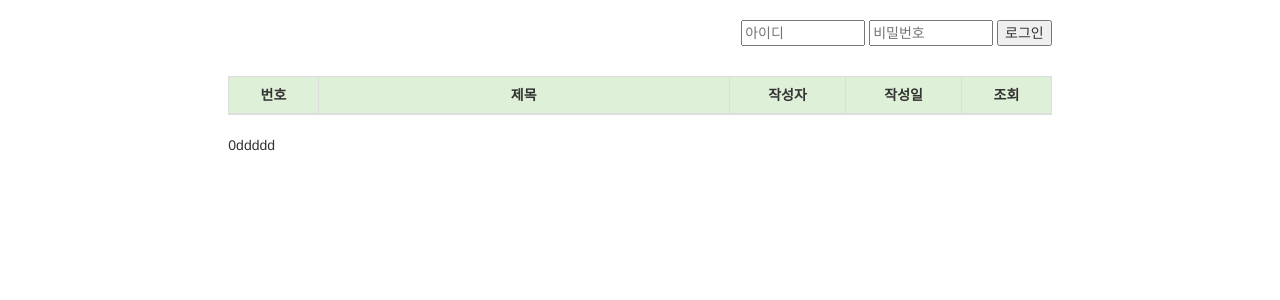
Repository: JinYongHyeon/kosta
Page: http://localhost/webstudy40-board-step4-update/
The author's editor kept a copy of each file at every save. The page is drawn from the files as they stood at one save, then again after the next save.
The browser window is 1280 px wide. The pictures show the whole page.
The page is served by Tomcat 9. Other server files are loaded and not shown. Queries for data that is not in the repository find no rows.

Above is the page before, as saved 2020-09-30 08:15:41.

### web-workspace2/webstudy40-board-step4-update/WebContent/index.jsp
<%@ page language="java" contentType="text/html; charset=UTF-8"
    pageEncoding="UTF-8"%>
    <%@ taglib prefix="c" uri="http://java.sun.com/jsp/jstl/core"%>
 <jsp:forward page="front">
 	<jsp:param name="command" value="List" />
 </jsp:forward>

### web-workspace2/webstudy40-board-step4-update/WebContent/template/layout.jsp
<%@ page language="java" contentType="text/html; charset=UTF-8"
    pageEncoding="UTF-8"%>
<%@ taglib prefix="c" uri="http://java.sun.com/jsp/jstl/core" %>
<!DOCTYPE html>
<html lang="en">
<head>
  <title>board</title>
  <meta charset="utf-8">
  <meta name="viewport" content="width=device-width, initial-scale=1">
  <link rel="stylesheet" href="https://maxcdn.bootstrapcdn.com/bootstrap/3.3.7/css/bootstrap.min.css">
  <link rel="stylesheet" href="${pageContext.request.contextPath}/css/myhome.css">
</head>
<body>
<!-- container-fluid: 화면 너비와 상관없이 항상 100% -->
<div class="container-fluid">
  <div class="row header">
    <div class="col-sm-8 col-sm-offset-2" align="right">
   	<c:import url="/template/header.jsp"></c:import>
    </div>
  </div>
  <div class="row main">
    <div class="col-sm-8 col-sm-offset-2">
	<c:import url="${url}"></c:import>
    </div>
  </div>
</div>
</body>
</html>

### web-workspace2/webstudy40-board-step4-update/WebContent/template/header.jsp
<%@ page language="java" contentType="text/html; charset=UTF-8"
    pageEncoding="UTF-8"%>
    <%@ taglib prefix="c" uri="http://java.sun.com/jsp/jstl/core" %>
   <script type="text/javascript">
	function logout(){
		var f=confirm("로그아웃하시겠습니까?");
		if(f)
			location.href="${pageContext.request.contextPath}/front?command=Logout";
	}
</script>
<c:choose>
<c:when test="${sessionScope.mvo==null}">
<form method="post" action="${pageContext.request.contextPath}/front">
<input type="hidden" name="command" value="Login">
    <input type="text" name="id"   placeholder="아이디" size="12">
   <input type="password" name="password"  placeholder="비밀번호" size="12">
    <input type="submit" value="로그인">
</form>
</c:when>
<c:otherwise>
<a href="${pageContext.request.contextPath}/index.jsp">홈</a>&nbsp;&nbsp;
<a href="${pageContext.request.contextPath}/front?command=WritePostForm">글쓰기</a>&nbsp;&nbsp;
 ${sessionScope.mvo.name}님 &nbsp;&nbsp;
 <a href="javascript:logout()">로그아웃</a>
</c:otherwise>
</c:choose>

### web-workspace2/webstudy40-board-step4-update/WebContent/board/list.jsp
<%@ page language="java" contentType="text/html; charset=UTF-8"
	pageEncoding="UTF-8"%>
<%@ taglib prefix="c" uri="http://java.sun.com/jsp/jstl/core"%>
<table class="table table-bordered  table-hover boardlist">
	<thead>
		<tr class="success">
			<th>번호</th>
			<th class="title">제목</th>
			<th>작성자</th>
			<th>작성일</th>
			<th>조회</th>
		</tr>
	</thead>
	<tbody>
		<c:forEach var="pvo" items="${requestScope.lvo.list}">
			<tr>
				<td>${pvo.no }</td>
				<td><c:choose>
						<c:when test="${sessionScope.mvo!=null}">
							<a
								href="${pageContext.request.contextPath}/front?command=PostDetail&no=${pvo.no }">
								${pvo.title }</a>
						</c:when>
						<c:otherwise>
				${pvo.title }
				</c:otherwise>
					</c:choose></td>
				<td>${pvo.memberVO.name }</td>
				<td>${pvo.timePosted }</td>
				<td>${pvo.hits }</td>
			</tr>
		</c:forEach>
	</tbody>
</table>
<c:set value="${requestScope.lvo.pagingBean}" var="bean"></c:set>
${bean.endPageGroup}ddddd
<ul>
	<c:forEach var="page" begin="${bean.startPageGroup}"
		end="${bean.endPageGroup}">
		<li>${page}</li>
	</c:forEach>
</ul>

### web-workspace2/webstudy40-board-step4-update/src/org/kosta/controller/HandlerMapping.java
package org.kosta.controller;

public class HandlerMapping {
	private static HandlerMapping instance=new HandlerMapping();
	private HandlerMapping() {}
	public static HandlerMapping getInstance() {
		return instance;
	}
	public Controller create(String command) {
		Controller controller=null;
		if(command.equals("List")){
			controller=new ListController();
		}else if(command.equals("Login")){
			controller=new LoginController();
		}else if(command.equals("Logout")){
			controller=new LogoutController();
		}else if(command.equals("PostDetail")){
			controller=new PostDetailController();
		}else if (command.equals("WritePostForm")) {
			controller = new WritePostFormController();
		}else if (command.equals("WritePost")) {
			controller = new WritePostController();
		}else if(command.equals("PostDetailNoHits")){
			controller=new PostDetailNoHitsController();
		}else if(command.equals("DeletePost")){
			controller=new DeletePostController();
		}else if(command.equals("UpdatePostForm")){
			controller=new UpdatePostFormController();
		}else if(command.equals("UpdatePost")){
			controller=new UpdatePostController();
		}
		return controller;
	}
}

### web-workspace2/webstudy40-board-step4-update/src/org/kosta/controller/Controller.java
package org.kosta.controller;

import javax.servlet.http.HttpServletRequest;
import javax.servlet.http.HttpServletResponse;

public interface Controller {
	public String execute(HttpServletRequest request,
			HttpServletResponse response) throws Exception;
}

### web-workspace2/webstudy40-board-step4-update/src/org/kosta/controller/ListController.java
package org.kosta.controller;

import java.util.ArrayList;

import javax.servlet.http.HttpServletRequest;
import javax.servlet.http.HttpServletResponse;

import org.kosta.model.BoardDAO;
import org.kosta.model.ListVO;
import org.kosta.model.PagingBean;
import org.kosta.model.PostVO;


public class ListController  implements Controller {
	@Override
	public String execute(HttpServletRequest request,
			HttpServletResponse response) throws Exception {
		//ArrayList<PostVO> list=BoardDAO.getInstance().getPostingList();
		//request.setAttribute("list", list);
		String nowPage = request.getParameter("nowPage");
		PagingBean pagingBean = null;
		int totalRow = BoardDAO.getInstance().getBoardAllRow();
		if(nowPage == null) {
		pagingBean = new PagingBean(totalRow);
		}else {
		pagingBean = new PagingBean(totalRow,Integer.parseInt(nowPage));
		}
		ArrayList<PostVO> pvoList = BoardDAO.getInstance().getPostingList(pagingBean);
		ListVO lvo = new ListVO(pvoList, pagingBean);
		request.setAttribute("lvo", lvo);
		request.setAttribute("url", "/board/list.jsp");
		return "/template/layout.jsp";
	}
}

### web-workspace2/webstudy40-board-step4-update/src/org/kosta/model/BoardDAO.java
package org.kosta.model;

import java.sql.Connection;
import java.sql.PreparedStatement;
import java.sql.ResultSet;
import java.sql.SQLException;
import java.util.ArrayList;

import javax.sql.DataSource;

public class BoardDAO {
	private static BoardDAO dao=new BoardDAO();
	private DataSource dataSource;
	private BoardDAO(){
		dataSource=DataSourceManager.getInstance().getDataSource();
	}
	public static BoardDAO getInstance(){
		return dao;
	}
	public Connection getConnection() throws SQLException{
		return dataSource.getConnection();
	}
	public void closeAll(PreparedStatement pstmt,Connection con) throws SQLException{
		if(pstmt!=null)
			pstmt.close();
		if(con!=null)
			con.close();
	}
	public void closeAll(ResultSet rs,PreparedStatement pstmt,Connection con) throws SQLException{
		if(rs!=null)
			rs.close();
		closeAll(pstmt,con);
	}

	public int getBoardAllRow() throws SQLException {
		int total = 0;
		Connection con =null;
		PreparedStatement pstmt = null;
		ResultSet rs  = null;
		try {
			con =dataSource.getConnection();
			String sql = "SELECT COUNT(*) FROM board";
			pstmt = con.prepareStatement(sql);
			rs = pstmt.executeQuery();
			if(rs.next()) {
				total = rs.getInt(1);
			}
		}finally {
			closeAll(rs,pstmt,con);
		}
		return total;
	}
	/**
	 * 페이지 번호에 해당하는 게시물 목록 리스트를 반환하는 메서드
	 * LIST SQL -> Test 후 반영하세요
	    SELECT b.no,b.title,b.hits,to_char(time_posted,'YYYY.MM.DD') as time_posted,m.id,m.name
		FROM board b , board_member m
		WHERE b.id=m.id
		order by no desc
	 * @param pageNo
	 * @return
	 * @throws SQLException
	 *
	 */
	public ArrayList<PostVO> getPostingList(PagingBean bean) throws SQLException{
		ArrayList<PostVO> list=new ArrayList<PostVO>();
		Connection con=null;
		PreparedStatement pstmt=null;
		ResultSet rs=null;
		try{
			con=getConnection();
			StringBuilder sql=new StringBuilder();
			sql.append("SELECT b.no,b.title,b.hits,b.time_posted,m.id,m.name ");
			sql.append("FROM(SELECT ROW_NUMBER() OVER(ORDER BY no DESC) AS rnum, no,title,hits,to_char(time_posted,'YYYY.MM.DD') as time_posted,id FROM board)");
			sql.append("b,board_member m WHERE b.id=m.id AND b.rnum BETWEEN ? AND ?");
			pstmt=con.prepareStatement(sql.toString());
			pstmt.setInt(1, bean.getPageStartRow());
			pstmt.setInt(2, bean.getPageEndRow());
			rs=pstmt.executeQuery();
			//목록에서 게시물 content는 필요없으므로 null로 setting
			//select no,title,time_posted,hits,id,name
			while(rs.next()){
				PostVO pvo=new PostVO();
				pvo.setNo(rs.getString(1));
				pvo.setTitle(rs.getString(2));
				pvo.setHits(rs.getInt(3));
				pvo.setTimePosted(rs.getString(4));
				MemberVO mvo=new MemberVO();
				mvo.setId(rs.getString(5));
				mvo.setName(rs.getString(6));
				pvo.setMemberVO(mvo);
				list.add(pvo);
			}
		}finally{
			closeAll(rs,pstmt,con);
		}
		return list;
	}
	 /**
     * Sequence 글번호로 게시물을 검색하는 메서드
     * @param no
     * @return
     * @throws SQLException
     */
	public PostVO getPostingByNo(String no) throws SQLException{
		PostVO pvo=null;
		Connection con=null;
		PreparedStatement pstmt=null;
		ResultSet rs=null;
		try{
			con=getConnection();
			StringBuilder sql=new StringBuilder();
			sql.append("select b.title,to_char(b.time_posted,'YYYY.MM.DD  HH24:MI:SS') as time_posted");
			sql.append(",b.content,b.hits,b.id,m.name");
			sql.append(" from board b,board_member m");
			sql.append(" where b.id=m.id and b.no=?");
			pstmt=con.prepareStatement(sql.toString());
			pstmt.setString(1, no);
			rs=pstmt.executeQuery();
			if(rs.next()){
				pvo=new PostVO();
				pvo.setNo(no);
				pvo.setTitle(rs.getString("title"));
				pvo.setContent(rs.getString("content"));
				pvo.setHits(rs.getInt("hits"));
				pvo.setTimePosted(rs.getString("time_posted"));
				MemberVO mvo=new MemberVO();
				mvo.setId(rs.getString("id"));
				mvo.setName(rs.getString("name"));
				pvo.setMemberVO(mvo);
			}
		}finally{
			closeAll(rs,pstmt,con);
		}
		return pvo;
	}
	/**
	 * 조회수 증가
	 * @param no
	 * @throws SQLException
	 */
	public void updateHit(String no) throws SQLException{
		Connection con=null;
		PreparedStatement pstmt=null;
		try{
			con=getConnection();
			String sql="update board set hits=hits+1 where no=?";
			pstmt=con.prepareStatement(sql);
			pstmt.setString(1, no);
			pstmt.executeUpdate();
		}finally{
			closeAll(pstmt,con);
		}
	}
	/**
	 * 게시물 등록 메서드
	 * 게시물 등록 후 생성된 시퀀스를 BoardVO에 setting 한다.
	 * insert into board(no,title,content,id,time_posted) values(board_seq.nextval,?,?,?,sysdate)
	 * @param vo
	 * @throws SQLException
	 */
	public void posting(PostVO vo) throws SQLException{
		Connection con=null;
		PreparedStatement pstmt=null;
		ResultSet rs=null;
		try{
			con=getConnection();
			StringBuilder sql=new StringBuilder();
			sql.append("insert into board(no,title,content,id,time_posted) ");
			sql.append("values(board_seq.nextval,?,?,?,sysdate)");
			pstmt=con.prepareStatement(sql.toString());
			pstmt.setString(1, vo.getTitle());
			pstmt.setString(2, vo.getContent());
			pstmt.setString(3, vo.getMemberVO().getId());
			pstmt.executeUpdate();
			pstmt.close();
			pstmt=con.prepareStatement("select board_seq.currval from dual");
			rs=pstmt.executeQuery();
			if(rs.next())
			vo.setNo(rs.getString(1));
		}finally{
			closeAll(rs,pstmt,con);
		}
	}
	/**
	 * 글번호에 해당하는 게시물을 삭제하는 메서드
	 * @param no
	 * @throws SQLException
	 */
	public void deletePosting(int no) throws SQLException{
		Connection con=null;
		PreparedStatement pstmt=null;
		try{
			con=getConnection();
			pstmt=con.prepareStatement("delete from board where no=?");
			pstmt.setInt(1, no);
			pstmt.executeUpdate();
		}finally{
			closeAll(pstmt,con);
		}
	}
	/**
	 * 게시물 정보 업데이트하는 메서드
	 * @param vo
	 * @throws SQLException
	 */
	public void updatePosting(PostVO vo) throws SQLException{
		Connection con=null;
		PreparedStatement pstmt=null;
		try{
			con=getConnection();
			pstmt=con.prepareStatement("update board set title=?,content=? where no=?");
			pstmt.setString(1, vo.getTitle());
			pstmt.setString(2, vo.getContent());
			pstmt.setString(3, vo.getNo());
			pstmt.executeUpdate();
		}finally{
			closeAll(pstmt,con);
		}
	}
}

### web-workspace2/webstudy40-board-step4-update/src/org/kosta/model/DataSourceManager.java
package org.kosta.model;

import javax.sql.DataSource;

import org.apache.tomcat.dbcp.dbcp2.BasicDataSource;



/**
 * 컨넥션 풀pool을 생성하여 공유하는 객체
 * (컨넥션풀은 컨넥션 필요시 생성,소멸하는
 * 방식이 아니라 빌려오고 반납받는 형식으로
 * 동작하여 성능을 향상시키는 것이 목적)
 *
 * 시스템 상에서 dbcp 는 하나만 존재하면 되고
 * 여러곳에서 사용하면 되므로 singleton pattern을
 * 적용하여 구현한다.
 * @author KOSTA
 *
 */
public class DataSourceManager {
	private static DataSourceManager instance
							=new DataSourceManager();
	private DataSource ds;
	private DataSourceManager(){
		BasicDataSource dataSource=new BasicDataSource();
		dataSource.setDriverClassName("oracle.jdbc.driver.OracleDriver");
		dataSource.setUrl("jdbc:oracle:thin:@127.0.0.1:1521:xe");
		dataSource.setUsername("scott");
		dataSource.setPassword("tiger");
		ds=dataSource;
	}
	public static DataSourceManager getInstance(){
		return instance;
	}
	public DataSource getDataSource(){
		return ds;
	}
}

### web-workspace2/webstudy40-board-step4-update/src/org/kosta/model/PagingBean.java
package org.kosta.model;

public class PagingBean {
	private int nowPage =1;
	//페이지당 게시물 수
	private int postCountPerPage = 5;
	//페이지 수
	private int postCountperPageGroup = 4;

	private int totalRow;


	public PagingBean(int totalRow) {
		this.totalRow = totalRow;
	}

	public PagingBean(int totalRow, int nowPage) {
		this.totalRow = totalRow;
		this.nowPage= nowPage;
	}
	//현 페이지 시작 번호
	public int getPageStartRow() {
		return (nowPage-1)*postCountPerPage+1;
	}

	//현 페이지 마지막 번호
	public int getPageEndRow() {
		return nowPage*postCountPerPage>totalRow?totalRow:nowPage*postCountPerPage;
	}

	//총 페이지
	public int getTotalPage() {
		return totalRow%postCountPerPage==0?totalRow/postCountPerPage:totalRow/postCountPerPage+1;
	}
	//총 그룹
	public int getTotalPageGroup() {
		return getTotalPage()%postCountperPageGroup==0?getTotalPage()/postCountperPageGroup:getTotalPage()/postCountperPageGroup+1;
	}

	//현재 그룹 번호
	public int getNowPageGroup(){
		return nowPage%postCountperPageGroup==0?nowPage/postCountperPageGroup:nowPage/postCountperPageGroup+1;
	}
	//현 그룹 시작번호
	public int getStartPageGroup() {
		return (getNowPageGroup()-1)*postCountperPageGroup+1;
	}
	//현 그룹 마지막 번호
	public int getEndPageGroup() {
		return getNowPageGroup()*postCountperPageGroup>getTotalPage()?getTotalPage():getNowPageGroup()*postCountperPageGroup;
	}
	//이전 페이지
	public boolean isPreviousPageGroup() {
		return getStartPageGroup()>1?true:false;
	}
	//다음 페이지
	public boolean isNextPageGroup() {
		return getEndPageGroup()<getTotalPageGroup()?true:false;
	}

	public static void main(String[] args) {
		PagingBean p = new PagingBean(47, 10);
		  // 현페이지의 시작 row number 를 조회 46
		  System.out.println("getBeginRowNumber:" + p.getPageStartRow());
		  // 현페이지의 마지막 row number 를 조회 47
		  System.out.println("getEndRowNumber:" + p.getPageEndRow());
		  // 전체 페이지 수 : 10
		  System.out.println("getTotalPage:" + p.getTotalPage());
		  // 전체 페이지 그룹 수 : 3
		  System.out.println("getTotalPageGroup:" + p.getTotalPageGroup());
		  System.out.println("////////////////////////////");
		  p = new PagingBean(31, 6);// 게시물수 31 현재 페이지 6
		  // 현페이지의 시작 row number 를 조회 26
		  System.out.println("getStartRowNumber:" + p.getPageStartRow());
		  // 현페이지의 마지막 row number 를 조회 30
		  System.out.println("getEndRowNumber:" + p.getPageEndRow());
		  // 게시물수 31 -> 총페이지수 7 -> 총페이지그룹->2
		 // 현재 페이지 그룹 : 2
		  System.out.println("getNowPageGroup:" + p.getNowPageGroup());
		  // 페이지 그룹의 시작 페이지 : 5
		  System.out.println("getStartPageOfPageGroup:" + p.getStartPageGroup());
		   // 페이지 그룹의 마지막 페이지 : 7
		  System.out.println("getEndPageOfPageGroup:" + p.getEndPageGroup());
		  // 이전 페이지 그룹이 있는 지 : true
		  System.out.println("isPreviousPageGroup:" + p.isPreviousPageGroup());
		  // 다음 페이지 그룹이 있는 지 : false
		  System.out.println("isNextPageGroup:" + p.isNextPageGroup());

	}

}

### web-workspace2/webstudy40-board-step4-update/src/org/kosta/model/ListVO.java
package org.kosta.model;

import java.util.ArrayList;

public class ListVO {
	private ArrayList<PostVO> list;
	private PagingBean pagingBean;

	public ListVO(ArrayList<PostVO> list, PagingBean pagingBean) {
		super();
		this.list = list;
		this.pagingBean = pagingBean;
	}

	public ArrayList<PostVO> getList() {
		return list;
	}

	public void setList(ArrayList<PostVO> list) {
		this.list = list;
	}

	public PagingBean getPagingBean() {
		return pagingBean;
	}

	public void setPagingBean(PagingBean pagingBean) {
		this.pagingBean = pagingBean;
	}

}

### web-workspace2/webstudy40-board-step4-update/src/org/kosta/model/PostVO.java
package org.kosta.model;

public class PostVO {
	private String no;
	private String title;
	private String content;
	private int hits;
	private String timePosted;
	private MemberVO memberVO;
	public PostVO() {
		super();
	}
	public PostVO(String no, String title, String content, int hits, String timePosted, MemberVO memberVO) {
		super();
		this.no = no;
		this.title = title;
		this.content = content;
		this.hits = hits;
		this.timePosted = timePosted;
		this.memberVO = memberVO;
	}
	public String getNo() {
		return no;
	}
	public void setNo(String no) {
		this.no = no;
	}
	public String getTitle() {
		return title;
	}
	public void setTitle(String title) {
		this.title = title;
	}
	public String getContent() {
		return content;
	}
	public void setContent(String content) {
		this.content = content;
	}
	public int getHits() {
		return hits;
	}
	public void setHits(int hits) {
		this.hits = hits;
	}
	public String getTimePosted() {
		return timePosted;
	}
	public void setTimePosted(String timePosted) {
		this.timePosted = timePosted;
	}
	public MemberVO getMemberVO() {
		return memberVO;
	}
	public void setMemberVO(MemberVO memberVO) {
		this.memberVO = memberVO;
	}
	@Override
	public String toString() {
		return "PostVO [no=" + no + ", title=" + title + ", content=" + content + ", hits=" + hits + ", timePosted="
				+ timePosted + ", memberVO=" + memberVO + "]";
	}


}

### web-workspace2/webstudy40-board-step4-update/WebContent/css/myhome.css
@charset "UTF-8";
.header {
	padding-top: 20px;
	padding-bottom: 30px;
}
.title {
	width: 50%;
}

.boardlist th,.boardlist td,.btnArea,.pagingArea{
	text-align: center;
}

After the next save:
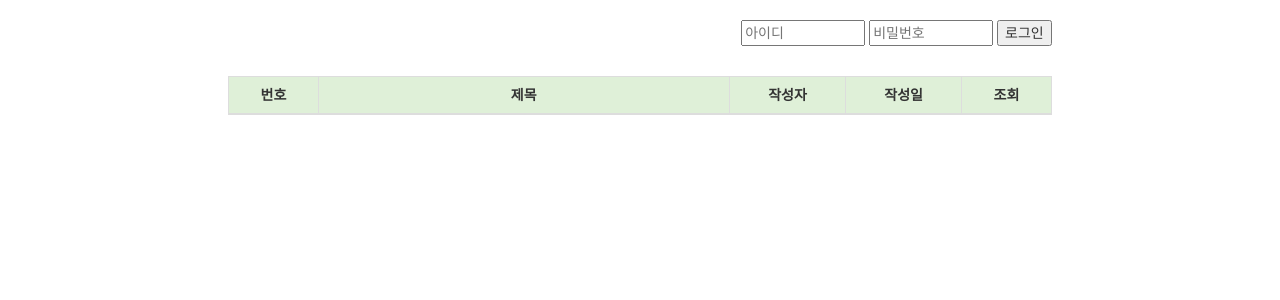
Saved 14 s later.
--- a/web-workspace2/webstudy40-board-step4-update/WebContent/board/list.jsp
+++ b/web-workspace2/webstudy40-board-step4-update/WebContent/board/list.jsp
@@ -33,7 +33,6 @@
 	</tbody>
 </table>
 <c:set value="${requestScope.lvo.pagingBean}" var="bean"></c:set>
-${bean.endPageGroup}ddddd
 <ul>
 	<c:forEach var="page" begin="${bean.startPageGroup}"
 		end="${bean.endPageGroup}">
